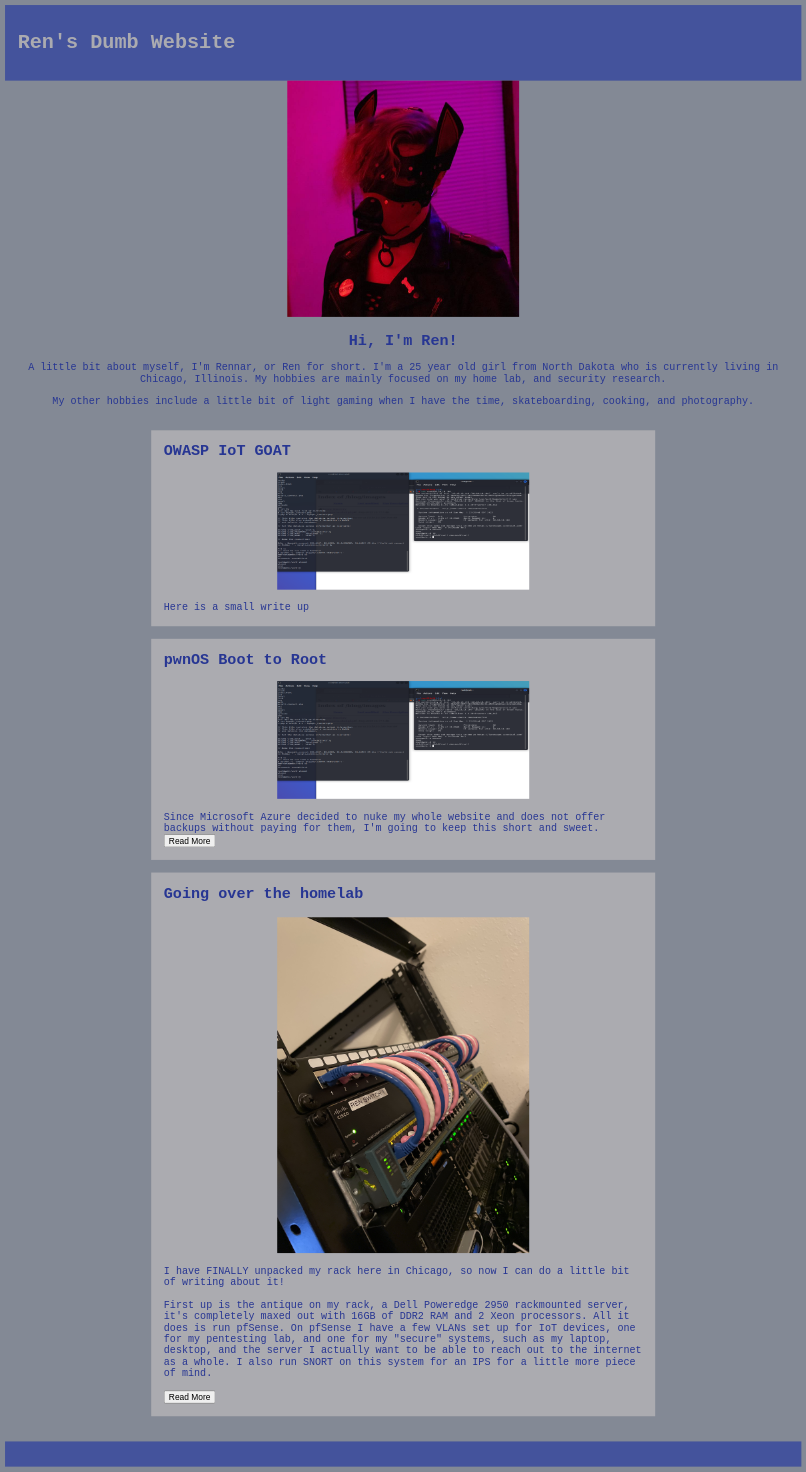
Repository: RennarDeer/RenDev
Page: index.html
These files come from the project's save history. The page is drawn as it stood at one moment and after the next save; the edit follows.
The browser window is 1280 px wide. The pictures show the whole page, at 63% of full size.

Above is the page before, as saved 2023-02-16 23:18:38.

### index.html
<!DOCTYPE html>
<html>
  <head>
    <title>Rennar's Website</title>
    <link rel="stylesheet" type="text/css" href="style.css">

  </head>
  <body>
    <header>
      <h1>Ren's Dumb Website</h1>

    </header>
     <!-- "About" section -->
     <section id="about" class="intro">
        <!--Replace with your own image-->
        <center><img src="renpic.JPG"
            alt="RennarPicture" height=375px;>
        <h2 class="section-title">Hi, I'm Ren!</h2>
        <p>
            A little bit about myself, I'm Rennar, or Ren for short. I'm a 25 year old girl from North Dakota
            who is currently living in Chicago, Illinois. My hobbies are mainly focused on my home lab, and security research.
            <br><br>
            My other hobbies include a little bit of light gaming when I have the time, skateboarding, cooking, and photography.</center>
	</p>
    </section>
    <main>

        <article>
            <h2>OWASP IoT GOAT</h2>

            <img src="boot2root.png" alt="Boot2Root">

            Here is a small write up
          </article>
      <article>
        <h2>pwnOS Boot to Root</h2>

        <img src="boot2root.png" alt="Boot2Root">

        Since Microsoft Azure decided to nuke my whole website and does not offer backups without
        paying for them, I'm going to keep this short and sweet.

        <button id="read-more-btn">Read More</button>

        <div id="article-more" style="display: none;">

            <p>
        pwnOS 2.0 isn't known as a difficult box to break into, but it makes for a good starting out
        point for people new to CTFs. A quick rundown of this box is that it is a simple blog for a
        company, running a vulnerable version of SimplePHP. Executing a remote command to reset
        the admin password is a fairly simple perl script that comes with Kali Linux, after running it,
        you can log into the site.

            <br><br>

        This doesn't get you very far, but you'll be able to upload ANY file
        you would like. So naturally I set up netcat, uploaded and ran a reverse shell. After this its
        fairly trivial to find the root password in a config file the website owner left us, and now
        we can directly ssh into the box as root, completing this CTF.
        </p>
        <script src="readmore.js"></script>
        </article>
      <article>
        <h3>Going over the homelab</h3>

                        <img src="rackpic.JPG" alt="RensRack">

                        I have FINALLY unpacked my rack here in Chicago, so now I can do a little bit of writing about it!

                            <br><br>


                        First up is the antique on my rack, a Dell Poweredge 2950 rackmounted server, it's completely
                        maxed out with 16GB of DDR2 RAM and 2 Xeon processors. All it does is run pfSense. On pfSense
                        I have a few VLANs set up for IoT devices, one for my pentesting lab, and one for my "secure"
                        systems, such as my laptop, desktop, and the server I actually want to be able to reach out
                        to the internet as a whole. I also run SNORT on this system for an IPS for a little more piece
                        of mind.

                        <br><br>

                        <button id="read-more-btn1">Read More</button>

                        <div id="article-more1" style="display: none;">

                            <p>
                        The more modern server is my Dell r820, running ESXI 6.7, on which I have my pentesting lab,
                        along with a samba server, and in the future will probably run this website once I'm more confident
                        in my webdev skills! In fact, you may be accessing this webpage running on that server right now and
                        I just haven't updated the website yet to tell you guys! Other things that run on this server are a
                        couple of Kali boxes, along with some vulnerable machines to toy around with in my free time without
                        clogging up my laptop's storage with virtual machines.

                            <br><br>

                        Last but not least is my two cisco switches, one 2960x and an sg300. Not much to be said about these,
                        while I am familiar with the Cisco ecosystem from 2 years of Cisco networking class, I did not feel
                        the need to set up much on them past the initial changing passwords, due to pfSense pretty much handling
                        everything. The SG300 is set up to actually access the internet, while the 2960x is only an internal
                        network, and runs my pentesting lab.

                            <br><br>

                        That about sums it up, in the future I plan on setting up a PLEX server on the r820, along with expanding
                        the storage to store media files and have a proper RAID config instead of the current RAID0 array (this is
                        simply due to limitations on how much money I can throw at 2.5" SAS drives and SSD's). Hopefully this was
                        interesting, and I will keep this updated as I add new things and new services to my ecosystem!
                            </p>

                            <script src="readmore1.js"></script>

            </article>
    </main>
    <footer>
    </footer>
  </body>
</html>

### style.css
body {
    background-color: #838995;
    color: #273693;
    font-family: "Courier New", Courier, monospace;
    font-size: 16px;
  }

  header {
    background-color: #44539c;
    color: #ababb0;
    padding: 20px;
    display: flex;
    justify-content: space-between;
    align-items: center;
  }

  nav ul {
    list-style: none;
    margin: 0;
    padding: 0;
    display: flex;
  }

  nav ul li {
    margin: 0 10px;
  }

  nav ul li a {
    color: #ababb0;
    text-decoration: none;
  }

  main {
    max-width: 800px;
    margin: 0 auto;
    padding: 20px;
  }

  article {
    background-color: #ababb0;
    padding: 20px;
    margin-bottom: 20px;
  }

  article h2 {
    color: #273693;
    font-size: 24px;
    margin-top: 0;
  }

  article img {
    display: block;
    margin: 20px auto;
    width: 400px;
    height: auto;
  }

  article h3 {
    color: #273693;
    font-size: 24px;
    margin-top: 0;
  }

  article img {
    display: block;
    margin: 20px auto;
    width: 400px;
    height: auto;
  }

  footer {
    background-color: #44539c;
    color: #ababb0;
    padding: 20px;
    text-align: center;
  }

### readmore.js
var readMoreBtn = document.getElementById("read-more-btn");
var articleMore = document.getElementById("article-more");

readMoreBtn.addEventListener("click", function() {
    if (articleMore.style.display === "none") {
        articleMore.style.display = "block";
        readMoreBtn.innerText = "Read Less";
    } else {
        articleMore.style.display = "none";
        readMoreBtn.innerText = "Read More";
    }
});

### readmore1.js
var readMoreBtn = document.getElementById("read-more-btn1");
var articleMore = document.getElementById("article-more1");

readMoreBtn.addEventListener("click", function() {
    if (articleMore.style.display === "none") {
        articleMore.style.display = "block";
        readMoreBtn.innerText = "Read Less";
    } else {
        articleMore.style.display = "none";
        readMoreBtn.innerText = "Read More";
    }
});

After the next save:
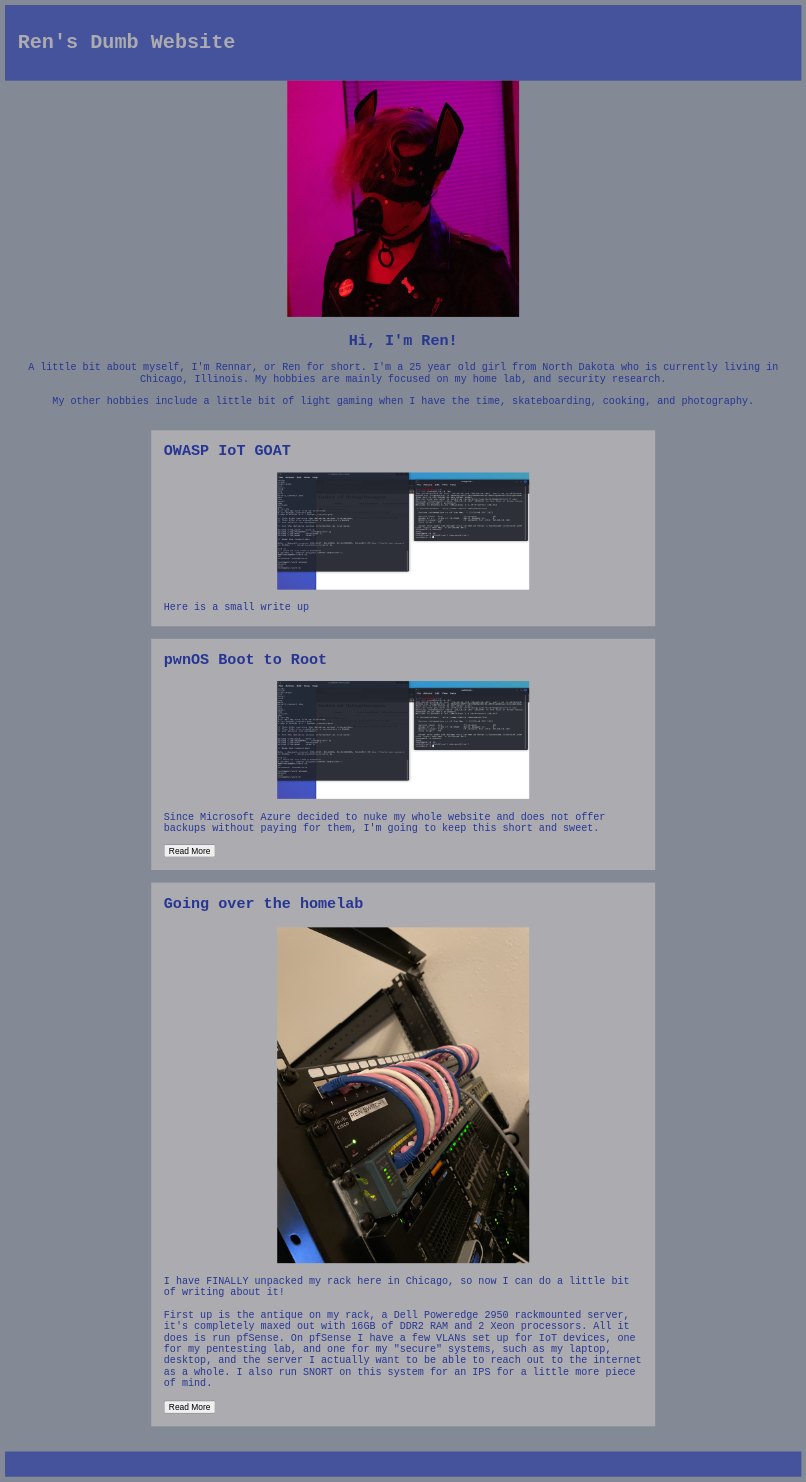
Saved 4 min 38 s later.
--- a/index.html
+++ b/index.html
@@ -37,8 +37,8 @@
 
         <img src="boot2root.png" alt="Boot2Root">
 
-        Since Microsoft Azure decided to nuke my whole website and does not offer backups without
-        paying for them, I'm going to keep this short and sweet.
+        <p>Since Microsoft Azure decided to nuke my whole website and does not offer backups without
+        paying for them, I'm going to keep this short and sweet.</p>
 
         <button id="read-more-btn">Read More</button>
 
